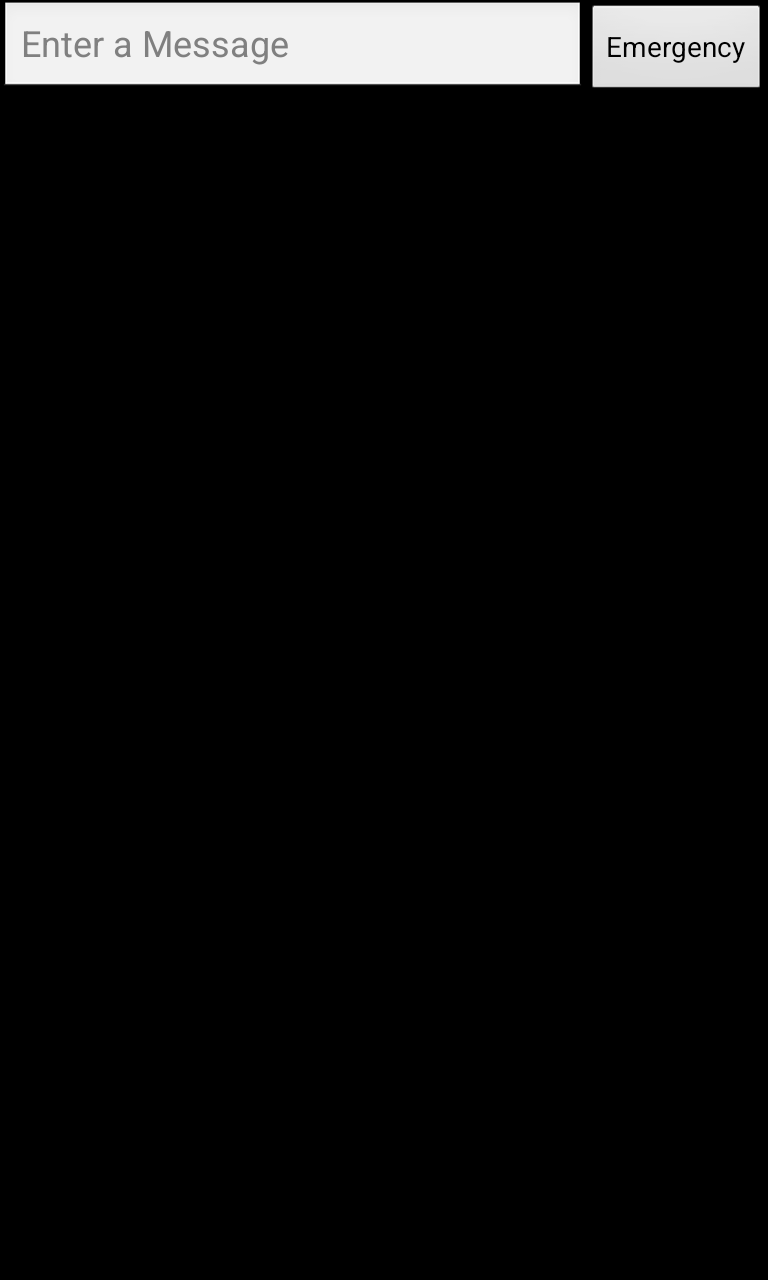
Repository: ProjPossibility/2014-USC-CareTaker-2
Layout: MyFirstApp/res/layout/activity_main.xml
The author's editor kept a copy of each file at every save. The layout is drawn from the files as they stood at one save, then again after the next save.
It is drawn on a 768 x 1280 px phone screen (xhdpi) without system bars, with theme android:Theme; the app's code is not run.

Above is the layout before, as saved 2014-02-08 18:58:36.

### MyFirstApp/res/layout/activity_main.xml
<LinearLayout xmlns:android="http://schemas.android.com/apk/res/android"
    xmlns:tools="http://schemas.android.com/tools"
    android:layout_width="match_parent"
    android:layout_height="match_parent"
    android:orientation="horizontal">
    <EditText android:id="@+id/edit_message"
        android:layout_width="0dp"
        android:layout_height="wrap_content"
        android:layout_weight="1"
        android:hint="@string/edit_message"/>
	 <Button
	     android:layout_width="wrap_content"
	     android:layout_height="wrap_content"
	     android:text="@string/button_emcall"
	     android:onClick="callEmergency"/>
</LinearLayout>

### MyFirstApp/res/values/strings.xml
<?xml version="1.0" encoding="utf-8"?>
<resources>

    <string name="app_name">MyFirstApp</string>
    <string name="action_settings">Settings</string>
    <string name="edit_message">Enter a Message</string>
    <string name="button_emcall">Emergency</string>
    <string name="title_activity_display_message">My Message</string>
    <string name="hello_world">Hello world!</string>
	<string name="action_search">Search</string>
</resources>

After the next save:
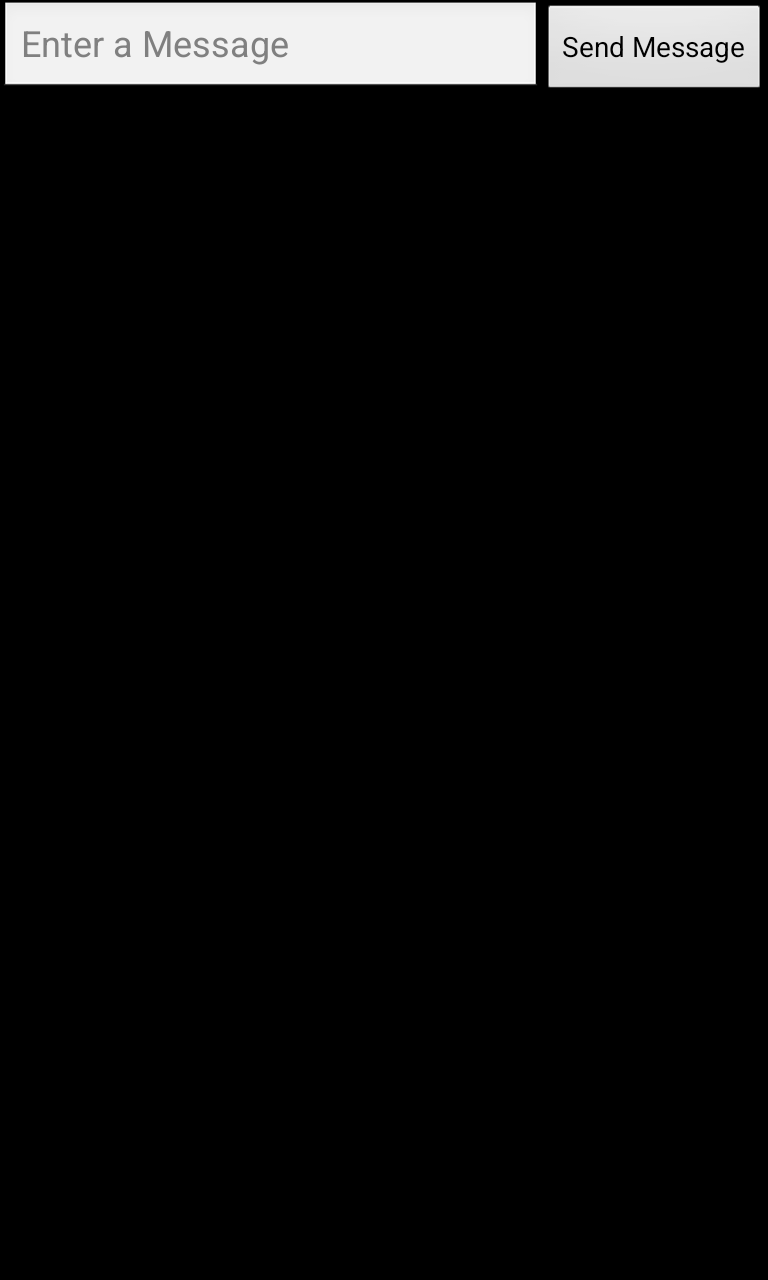
Saved 10 min 55 s later.
--- a/MyFirstApp/res/values/strings.xml
+++ b/MyFirstApp/res/values/strings.xml
@@ -4,7 +4,7 @@
     <string name="app_name">MyFirstApp</string>
     <string name="action_settings">Settings</string>
     <string name="edit_message">Enter a Message</string>
-    <string name="button_emcall">Emergency</string>
+    <string name="button_emcall">Send Message</string>
     <string name="title_activity_display_message">My Message</string>
     <string name="hello_world">Hello world!</string>
 	<string name="action_search">Search</string>
